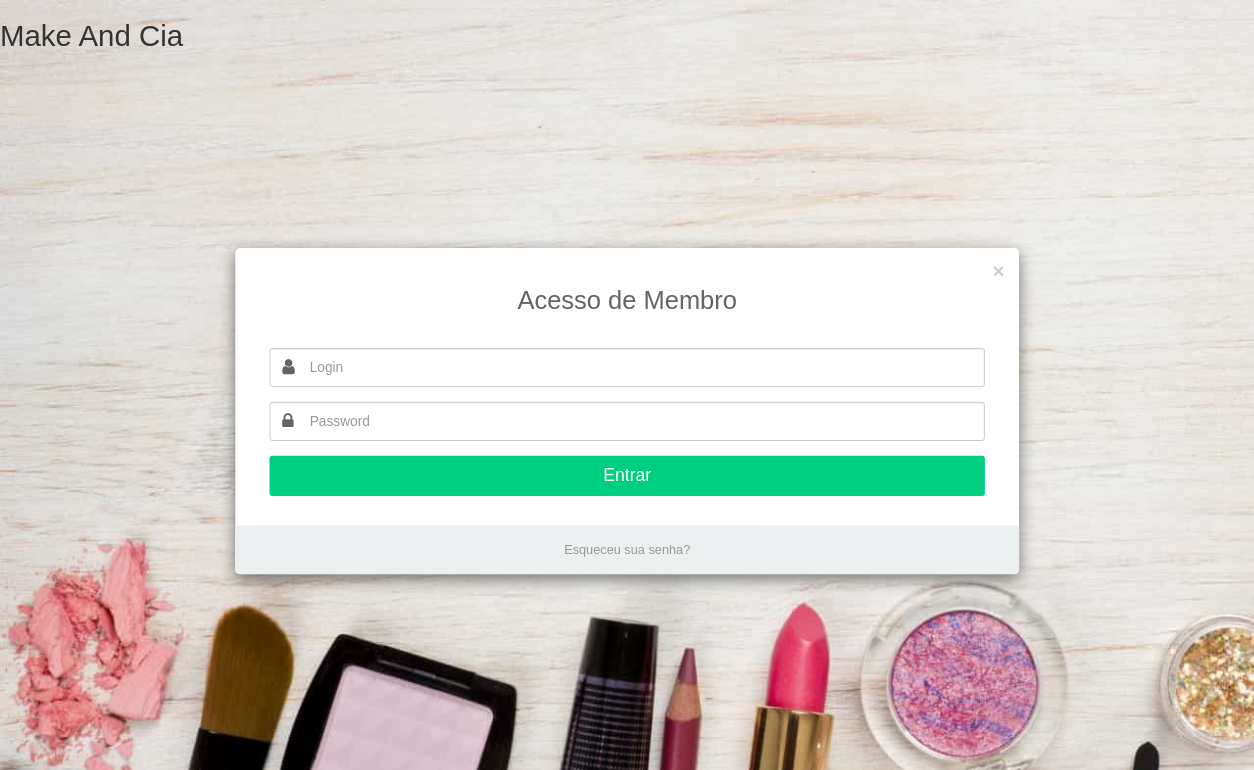
Repository: thuliobarbosa/Make_and_Cia
Page: Projeto_Make&Cia/MakeAndCia/WebContent/www/login.html
The author's editor kept a copy of each file at every save. The page is drawn from the files as they stood at one save, then again after the next save.
The browser window is 1280 px wide. The pictures show the whole page, at 98% of full size.
Some web fonts or font styles are not loaded; a fallback is used.

Above is the page before, as saved 2020-11-10 20:03:05.

After the next save:
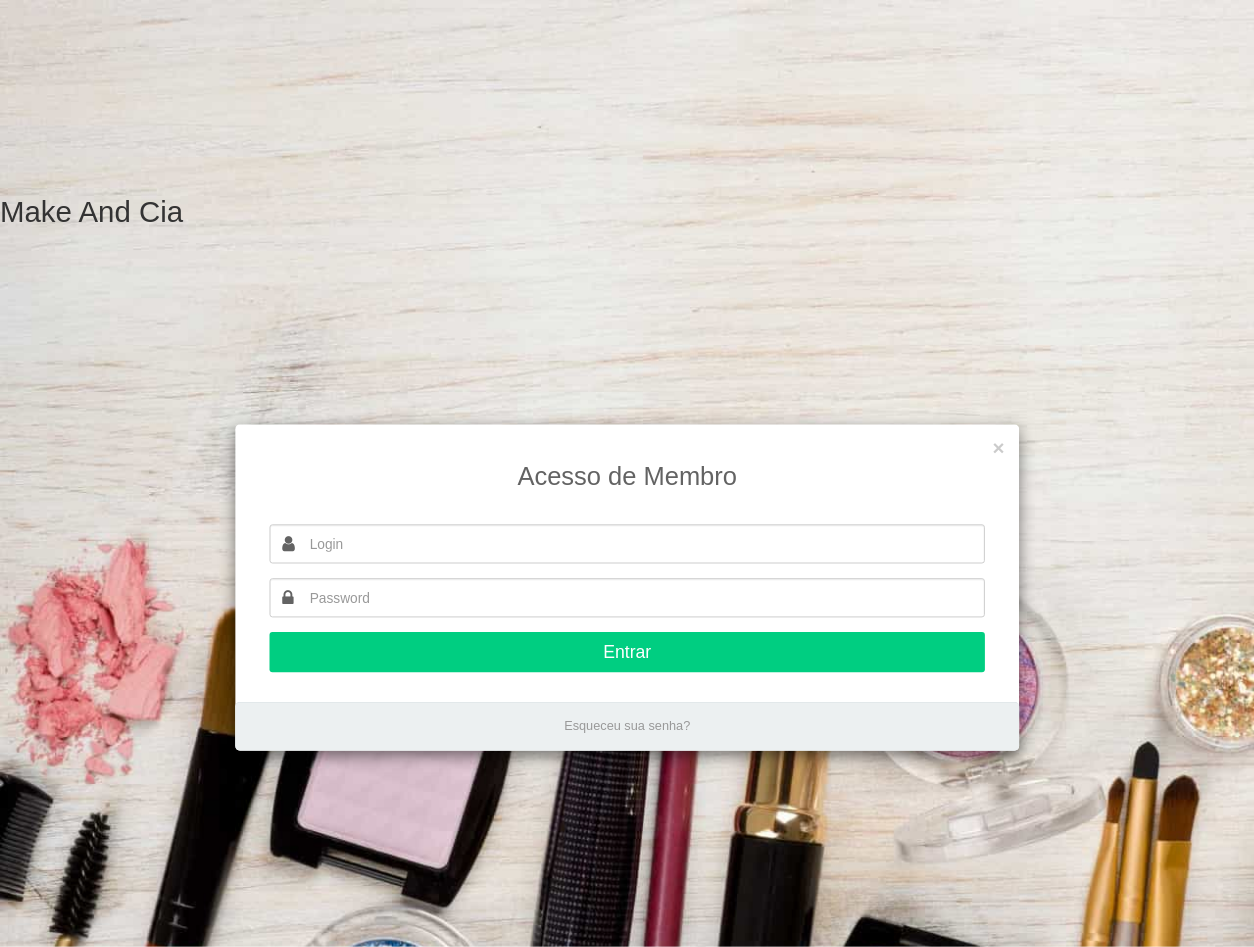
Saved 15 s later.
--- a/Projeto_Make&Cia/MakeAndCia/WebContent/www/login.html
+++ b/Projeto_Make&Cia/MakeAndCia/WebContent/www/login.html
@@ -16,7 +16,7 @@
 		background-image: url("dist/img/make2.jpg")
 	}
 	.title {
-
+		margin: 200px auto;
 	}
 	.modal-login {
 		color: #636363;
